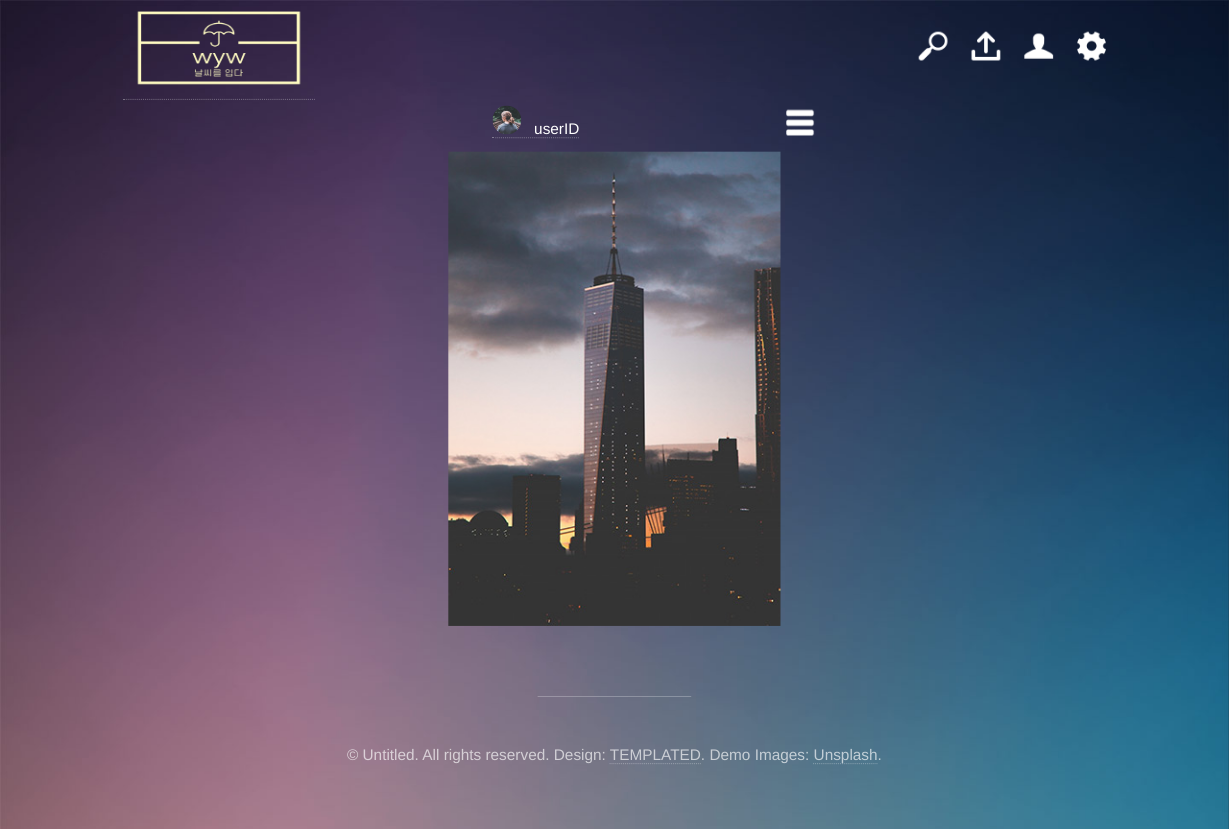
Repository: semo41105/WYW-Project
Page: http://localhost/WYW/StoryPage.jsp
These files come from the project's save history. The page is drawn as it stood at one moment and after the next save; the edit follows.
The browser window is 1280 px wide. The pictures show the whole page, at 96% of full size.
Some web fonts or font styles are not loaded; a fallback is used. The page is served by Tomcat 9. Nobody is signed in. The application's start-up code is not run. Other server files are loaded and not shown.

Above is the page before, as saved 2021-03-08 13:46:39.

### WYW/WebContent/StoryPage.jsp
<%@ page language="java" contentType="text/html; charset=UTF-8"
    pageEncoding="UTF-8"%>
<% request.setCharacterEncoding("UTF-8"); %>
<% response.setContentType("text/html; charset=UTF-8"); %>
<!DOCTYPE html>
<html>
	<head>
		<title>StoryPage</title>
		<meta charset="utf-8" />
		<meta name="viewport" content="width=device-width, initial-scale=1" />
		<link rel="stylesheet" href="assets/css/main.css" />
		<!-- Style -->
		<style type="text/css">
			#s0{ float: left; width: 34% }
			#s1{ float: left; width: 33%; padding: 25px 0px 25px 0px }
			#s2{ float: left; width: 100%; height: 50px; }
			#s4{ padding: 8px 0px 0px 0px; margin-left: 25px; }
			#s6{ float: left; }
			#ask1{
				border: 2px solid black;
				background-color: #fffbc1;
				font-weight: bold;
				color: #3f385a;
			}
			a{ text-decoration: none }
			.avatacon {
			    width: 30px;
			    height: 30px;
			    object-fit: cover;
			    object-position: top;
			    border-radius: 50%;
			}
			#select {
				font-size: 15px;
				background: #ff6382;
				vertical-align: middle;
				text-align-last: center;
				color: #d3d3d3;
			}
		</style>
	<!-- Scripts -->
		<script src="assets/js/jquery.min.js"></script>
		<script src="assets/js/jquery.poptrox.min.js"></script>
		<script src="assets/js/skel.min.js"></script>
		<script src="assets/js/main.js"></script>
		<script type="text/javascript">
			window.onload = function(){
				var h = document.getElementById('hidemenu');
				var op = document.getElementById('viewmenu');
				var opp = document.getElementById('menu');

				op.style.display = 'none';
				opp.style.display = 'none';

				h.onclick = function(){
					h.style.display = 'none';
					op.style.display = '';
					opp.style.display = '';
				}

				op.onclick = function(){
					op.style.display = 'none';
					opp.style.display = 'none';
					h.style.display = '';
				}
			}
		</script>
	</head>
	<body>

		<!-- Wrapper -->
			<div id="wrapper">

				<!-- Header -->
					<header>
						<div id="s0">
							<a href="#">
								<img alt="WYW_날씨를 입다" src="images/logo/logo_wyw_yellow.png" width="200" height="100" onclick="location.href='mainController.do?command=mainpage'">
							</a>
						</div>
						<div id="s1">&nbsp;</div>
						<div id="s1">
							<a href="#" class="label">
								<img id="s4" class="icons" src="images/icon/setting.png" alt="setting" align="right" width="30px">
								<img id="s4" class="icons" src="images/icon/user.png" alt="user" align="right" width="30px" onclick="location.href='mainController.do?command=mypage'">
								<img id="s4" class="icons" src="images/icon/up.png" alt="upload" align="right" width="30px">
								<img id="s4" class="icons" src="images/icon/search.png" alt="search" align="right" width="30px" onclick="location.href='mypageController.do?command=searchpage'">
							</a>
						</div>
						<div id="s2"></div><!-- 위쪽 div 와 아래쪽 div를 나누는 용도 -->
					</header>

				<!-- Main -->
					<section>
							<div style="position: absolute;">
								<div style="position: relative;top: 110px; left: 385px;">
									<a href="#">
								    	<img class="avatacon" src="images/avatar.jpg">
								    	<strong>&nbsp;&nbsp;userID</strong>
							    	</a>
								</div>
								<div style="position: relative;top: 75px; left: 690px;">
									<img id="hidemenu" alt="menu" src="images/icon/menu.png" width="30px">
									<img id="viewmenu" alt="menu" src="images/icon/overmenu.png" width="30px">
								</div>
								<div id="menu" style="position: relative; top: 33px; left: 728px; background-color: #fffbc1; color: black; font-weight: bold;">
									<form method="post" action="UploadController" enctype="multipart/form-data">
										<table border="1">
											<col width="250">
											<tr>
												<td align="center">
													<select id="select" name="city">
														<option value="">현제 계신 도시를 선택해주세요.</option>
														<option value="seoul">서울특별시</option>
							                            <option value="incheon">인천광역시</option>
							                            <option value="daejeon">대전광역시</option>
							                            <option value="gwangju">광주광역시</option>
							                            <option value="daegu">대구광역시</option>
							                            <option value="ulsan">울산광역시</option>
							                            <option value="busan">부산광역시</option>
							                            <option value="gyeonggi-do">경기도</option>
							                            <option value="gangwon-do">강원도</option>
							                            <option value="chungcheongbuk-do">충청북도</option>
							                            <option value="chungcheongnam-do">충청남도</option>
							                            <option value="jeollabuk-do">전라북도</option>
							                            <option value="jeollanam-do">전라남도</option>
							                            <option value="gyeongsangbuk-do">경상북도</option>
							                            <option value="gyeongsangnam-do">경상남도</option>
							                            <option value="jeju-do">제주도</option>
													</select>
												</td>
											</tr>
											<tr>
												<td align="center">
													<input name="title" id="select" type="text" value="제목을 입력해 주세요" onfocus="this.value='';return true;">
												</td>
											</tr>
											<tr>
												<td align="center">
													<input name="content" id="select" type="text" value="내용을 입력해 주세요" onfocus="this.value='';return true;">
												</td>
											</tr>
											<tr>
												<td align="center">
													<input name="file" type="file" value="사진 선택" style="color: black;" accept=".jpg, .jpeg, .png, .gif, .bmp; images/storyimg/*; capture=camera"/>
												</td>
											</tr>
											<tr>
												<td align="center"><input type="submit" style="width: 100%; height: 100%;" value="내용 업로드"></td>
											</tr>
										</table>
									</form>
								</div>
							</div>
						    <div id="header">
						    	<img alt="img" src="images/thumbs/01.jpg"/>
						    </div>
					</section>

				<!-- Footer -->
					<footer id="footer">
						<p>&copy; Untitled. All rights reserved. Design: <a href="http://templated.co">TEMPLATED</a>. Demo Images: <a href="http://unsplash.com">Unsplash</a>.</p>
					</footer>

			</div>

	</body>
</html>

Loaded but not shown: WYW/WebContent/assets/js/jquery.min.js (library); WYW/WebContent/assets/js/jquery.poptrox.min.js (library); WYW/WebContent/assets/js/skel.min.js (library); WYW/WebContent/assets/css/font-awesome.min.css (library); WYW/WebContent/assets/js/main.js (142 lines, source omitted); WYW/WebContent/assets/css/main.css (2729 lines, source omitted)

After the next save:
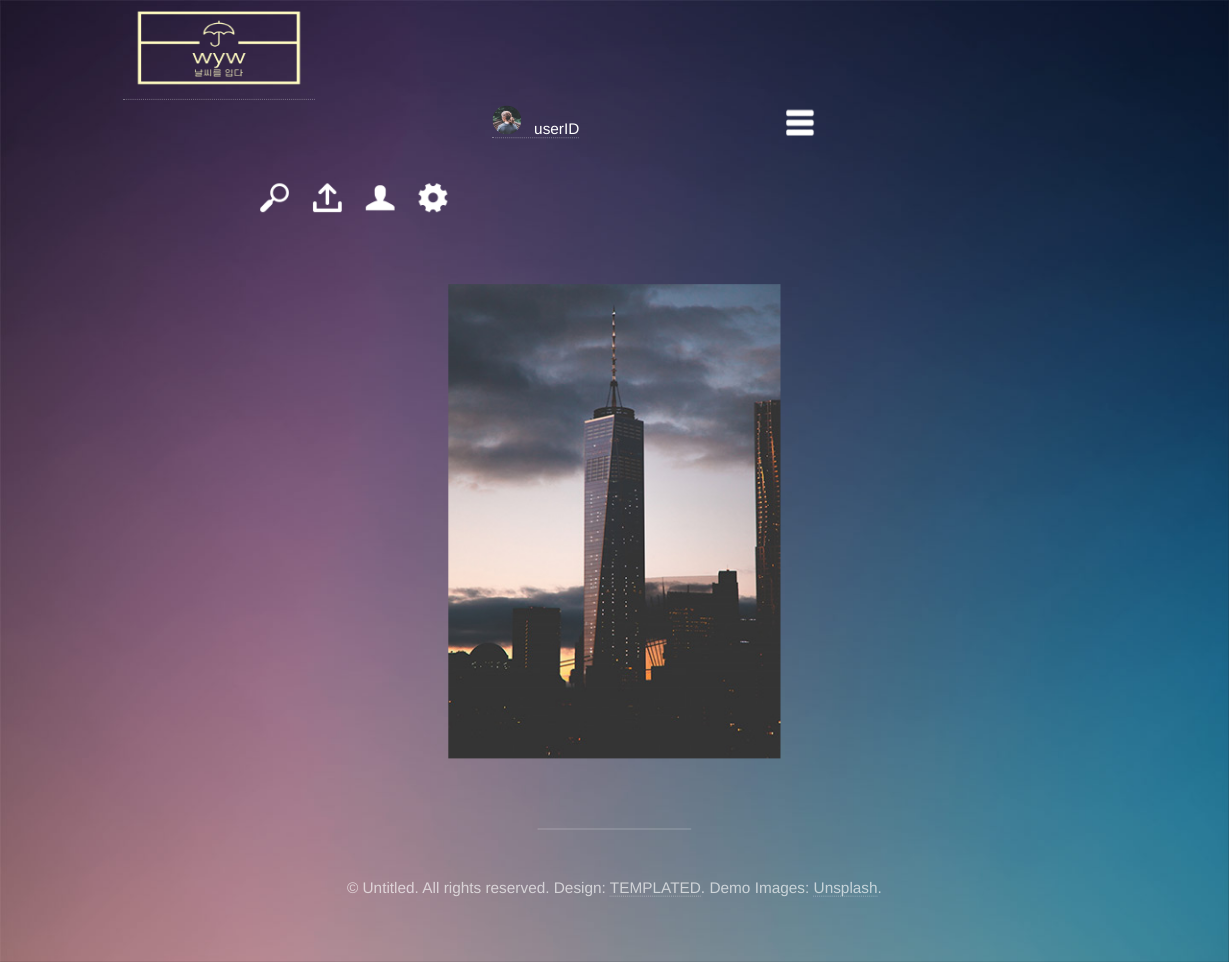
Saved 55 min 22 s later.
--- a/WYW/WebContent/StoryPage.jsp
+++ b/WYW/WebContent/StoryPage.jsp
@@ -78,7 +78,7 @@
 								<img alt="WYW_날씨를 입다" src="images/logo/logo_wyw_yellow.png" width="200" height="100" onclick="location.href='mainController.do?command=mainpage'">
 							</a>
 						</div>
-						<div id="s1">&nbsp;</div>
+						<div id="s2">&nbsp;</div>
 						<div id="s1">
 							<a href="#" class="label">
 								<img id="s4" class="icons" src="images/icon/setting.png" alt="setting" align="right" width="30px">

After the 2 saves that followed:
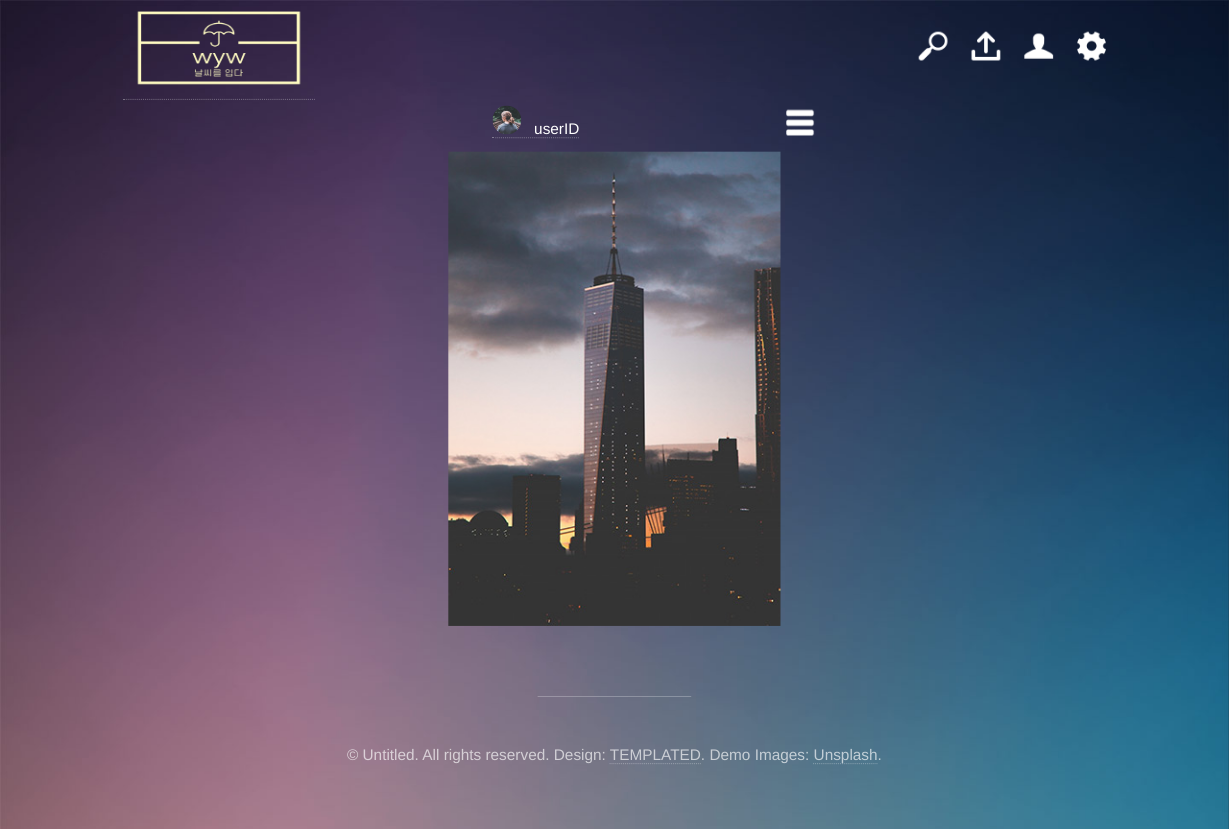
The 2 saves are shown as one change because 1 left the picture as it was.
The last was saved 80 s later.
--- a/WYW/WebContent/StoryPage.jsp
+++ b/WYW/WebContent/StoryPage.jsp
@@ -78,7 +78,7 @@
 								<img alt="WYW_날씨를 입다" src="images/logo/logo_wyw_yellow.png" width="200" height="100" onclick="location.href='mainController.do?command=mainpage'">
 							</a>
 						</div>
-						<div id="s2">&nbsp;</div>
+						<div id="s1"></div>
 						<div id="s1">
 							<a href="#" class="label">
 								<img id="s4" class="icons" src="images/icon/setting.png" alt="setting" align="right" width="30px">
